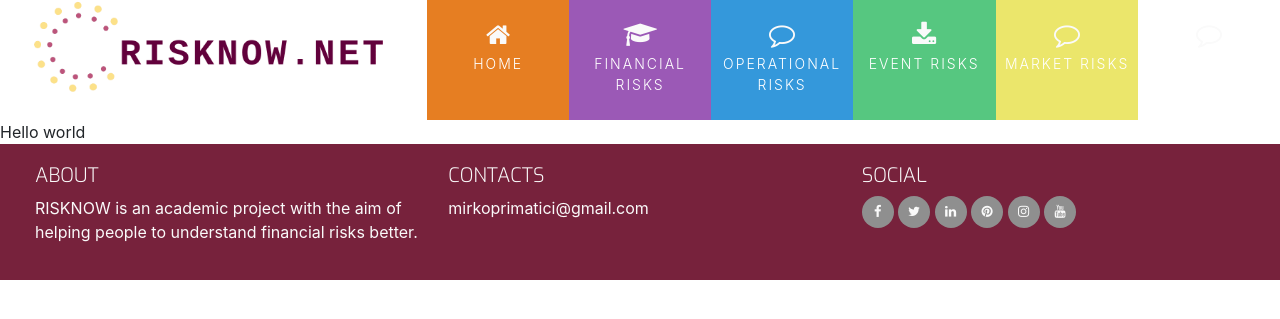
Repository: mirkoprimaticix/risknow.net
Page: index.html
The author's editor kept a record of every edit. The page is drawn from the files as they stood at one moment, then again after the next edit.
The browser window is 1280 px wide. The pictures show the whole page.
Some web libraries are served in a nearby version.

Above is the page before.
Console error: TypeError: Cannot read properties of undefined (reading 'fn')

### index.html
<!DOCTYPE html>
<html lang="en">
<head>
    <meta charset="UTF-8">
    <meta name="viewport" content="width=device-width, initial-scale=1.0">
    <meta http-equiv="X-UA-Compatible" content="ie=edge">
    <link rel="stylesheet" href="https://stackpath.bootstrapcdn.com/bootstrap/4.3.1/css/bootstrap.min.css" integrity="sha384-ggOyR0iXCbMQv3Xipma34MD+dH/1fQ784/j6cY/iJTQUOhcWr7x9JvoRxT2MZw1T" crossorigin="anonymous">
    <script src="https://stackpath.bootstrapcdn.com/bootstrap/4.3.1/js/bootstrap.min.js" integrity="sha384-JjSmVgyd0p3pXB1rRibZUAYoIIy6OrQ6VrjIEaFf/nJGzIxFDsf4x0xIM+B07jRM" crossorigin="anonymous"></script>
    <link rel="stylesheet" href="https://stackpath.bootstrapcdn.com/font-awesome/4.7.0/css/font-awesome.min.css" type="text/css" />
    <link rel="stylesheet" href="https://cdnjs.cloudflare.com/ajax/libs/hover.css/2.1.1/css/hover-min.css" type="text/css" />
    <link rel="stylesheet" href="assets/css/style.css" type="text/css" />
    <title>RISKNOW</title>
</head>
<body>
    <header>
        <div class = "row no-gutters">
            <a href="index.html" class = "col-md-4 logo">

            </a>
            <div class="col-md-8">
                <div class="row no-gutters">
                    <div class="col">
                        <ul id="nav" class="list-inline menucontainer">
                            <li class="col-6 col-sm-2 list-inline-item ui-menu-color-home menuitem">
                                <a href="index.html" class="hvr-sweep-to-bottom"><i class="fa fa-home" aria-hidden="true"></i><span>Home</span></a>
                            </li>
                            <li class="col-6 col-sm-2 list-inline-item ui-menu-color-fr menuitem">
                                <a href="resume.html" class="hvr-sweep-to-bottom"><i class="fa fa-graduation-cap" aria-hidden="true"></i><span>Financial Risks</span></a>
                            </li>
                            <li class="col-6 col-sm-2 list-inline-item ui-menu-color-or menuitem">
                                <a href="contact.html" class="hvr-sweep-to-bottom"><i class="fa fa-comment-o" aria-hidden="true"></i><span>Operational Risks</span></a>
                            </li>
                            <li class="col-6 col-sm-2 list-inline-item ui-menu-color-er menuitem">
                                <a href="assets/cv/cv-mirko.pdf" target="_blank" class="hvr-sweep-to-bottom"><i class="fa fa-download" aria-hidden="true"></i><span>Event Risks</span></a>
                            </li>
                            <li class="col-6 col-sm-2 list-inline-item ui-menu-color-mr menuitem">
                                <a href="contact.html" class="hvr-sweep-to-bottom"><i class="fa fa-comment-o" aria-hidden="true"></i><span>Market Risks</span></a>
                            </li>
                            <li class="col-6 col-sm-2 list-inline-item ui-menu-color-contact menuitem">
                                <a href="contact.html" class="hvr-sweep-to-bottom"><i class="fa fa-comment-o" aria-hidden="true"></i><span>Risk Tolerance</span></a>
                            </li>
                        </ul>
                    </div>
                </div>
            </div>
        </div>
    </header>

    <section>
        Hello world
    </section>



    <footer class="container-fluid">
        <div id="footer-details" class="row">
            <div class="col-sm-4">
                <h5 class="uppercase general-sub">About</h5>
                <p class="inline-block">
                    RISKNOW is an academic project with the aim of helping people to understand financial risks better.
                </p>
            </div>
            <div class="col-sm-4">
                <h5 class="uppercase general-sub">Contacts</h5>
                <p class="inline-block">
                    mirkoprimatici@gmail.com
                </p>
            </div>
            <div class="col-sm-4">
                <h5 class="uppercase general-sub">Social</h5>
                <ul class="list-inline social-links">
                    <li class="list-inline-item">
                        <a target="_blank" href="#">
                            <i class="fa fa-facebook" aria-hidden="true"></i>
                            <span class="sr-only">Facebook</span>
                        </a>
                    </li>
                    <li class="list-inline-item">
                        <a target="_blank" href="#">
                            <i class="fa fa-twitter" aria-hidden="true"></i>
                            <span class="sr-only">Twitter</span>
                        </a>
                    </li>
                    <li class="list-inline-item">
                        <a target="_blank" href="#">
                            <i class="fa fa-linkedin" aria-hidden="true"></i>
                            <span class="sr-only">LinkedIn</span>
                        </a>
                    </li>
                    <li class="list-inline-item">
                        <a target="_blank" href="#">
                            <i class="fa fa-pinterest" aria-hidden="true"></i>
                            <span class="sr-only">Pinterest</span>
                        </a>
                    </li>
                    <li class="list-inline-item">
                        <a target="_blank" href="#">
                            <i class="fa fa-instagram" aria-hidden="true"></i>
                            <span class="sr-only">Instagram</span>
                        </a>
                    </li>
                    <li class="list-inline-item">
                        <a target="_blank" href="#">
                            <i class="fa fa-youtube" aria-hidden="true"></i>
                            <span class="sr-only">YouTube</span>
                        </a>
                    </li>
                </ul>
            </div>
        </div>
    </footer>
</body>
</html>

### assets/css/style.css
@import url('https://fonts.googleapis.com/css?family=Roboto:100,200,300,400,500,600,700|Exo:100,200,300,400,500,600,700');

/*--------------------------------------------Colors*/

.bg-color-name-title {
    background-color: #676767;
}

.bg-color-three-reasons {
    background-color: #fff;
}

.bg-color-personal-info {
    background-color: #f4f4f4;
}

.bg-color-work-history {
    background-color: #9b59b6;
}

.bg-color-contact {
    background-color: #fff;
}

.ui-menu-color-home {
    background-color: #e67e22;
}

.ui-menu-color-fr {
    background-color: #9b59b6;
}

.ui-menu-color-or {
    background-color: #3498db;
}

.ui-menu-color-er {
    background-color: #56C780;
}

.ui-menu-color-mr {
    background-color: #EBE66B;
}

.ui-menu-color-rt {
    background-color: #525252;
}

.row-table {
    display: table;
}

.section-column {
    display: table-cell;
    padding: 0 30px 30px;
    float: none;
}

.section-heading {
    font-family: "Exo", sans-serif;
    font-weight: 300;
    margin-top: 25px;
    margin-bottom: 40px;
}

/* ----------------------------------------Special paddings/margins/text */

h1,
h2,
h3,
h4 {
    margin: 0;
}

.uppercase {
    text-transform: uppercase;
}

.general-sub {
    font-family: "Exo", sans-serif;
    font-weight: 300;
    color: #fafafa;
}

.inline-block {
    display: inline-block;
}

.row-table {
    display: table;
}

.section-column {
    display: table-cell;
    padding: 0 30px 30px;
    float: none;
}

.history-heading,
.section-heading {
    font-family: "Exo", sans-serif;
    font-weight: 300;
    margin-top: 25px;
    margin-bottom: 40px;
}

/*--------------------------------------------Heading*/

header {
    margin: 0;
}

.heading {
    margin-left: 50px;
}


.logo {
    background: url("../images/logo.png");
    background-position: center;
    background-repeat: no-repeat;
    background-size: cover;
    min-height: 120px;
    transition: all .5s ease-in-out;
    -moz-transition: all .5s ease-in-out;
    -webkit-transition: all .5s ease-in-out;
}

.name {
    font-family: "Exo", sans-serif;
    font-weight: 100;
    font-size: 46px;
    margin-top: 50px;
    color: #fff;
}

.title {
    font-family: "Roboto", sans-serif;
    font-weight: 200;
    font-size: 28px;
    margin-top: 20px;
    margin-bottom: 90px;
    color: #fff;
}

.list-inline-item:not(:last-child) {
    margin: 0;
}

.menucontainer {
    font-size: 0;
}

#nav li {
    font-size: 14px;
    padding: 0;
}

#nav {
    margin: 0;
}

.menuitem {
    height: 120px;
    text-align: center;
    padding: 0;
}

.menuitem a {
    width: 100%;
    text-decoration: none;
    color: #fff;
    height: 120px;
}

.menuitem a i {
    padding-top: 22px;
    display: block;
    color: #fafafa;
    font-size: 26px;
}

.menuitem span {
    display: block;
    width: 100%;
    padding-top: 5px;
    text-align: center;
    text-transform: uppercase;
    font-size: 14px;
    font-weight: 300;
    letter-spacing: 2px;
}

/*--------------------------------------------Hover.css*/

.hvr-sweep-to-bottom:before {
    background: rgba(0, 0, 0, 0.2);
    height: 120px;
}

/* ----------------------------------------Footer */

footer {
    background-color: #77223C;
    color: #fafafa;
    min-height: 120px;
    margin: 0;
}

.social-links {
    padding-bottom: 15px;
}

.social-links li a i {
    width: 32px;
    height: 32px;
    padding: 12px 0;
    border-radius: 50%;
    font-size: 13px;
    line-height: 7px;
    text-align: center;
    color: #fafafa;
    background: #8f8f8f;
    transition: all 0.35s ease-in-out;
    -moz-transition: all 0.35s ease-in-out;
    -webkit-transition: all 0.35s ease-in-out;
    -o-transition: all 0.35s ease-in-out;
}

.social-links li a i:hover {
    background: #A4FFFA;
}

#footer-details {
    padding: 20px;
}

/* ----------------------------------------Three Reasons */

.three-reasons-icon {
    font-size: 26px;
    color: #e67e22;
}

.three-reasons-heading {
    margin-bottom: 15px;
}

/* ----------------------------------------Personal Info */

.personal-info-item {
    margin-bottom: 20px;
    display: block;
    clear: both;
}

.personal-info-item .key,
.personal-info-item .value {
    padding-right: 8px;
    display: inline-block;
}

.personal-info-item .key p,
.personal-info-item .value p {
    margin: 0;
}

.personal-info-item .key {
    width: 30%;
    margin-right: 21px;
    padding-top: 2px;
    vertical-align: top;
}

.personal-info-item .key p {
    font-weight: 700;
}

.personal-info-item .value {
    position: relative;
    width: 60%;
}

/* ----------------------------------------Skills */

.progress {
    position: relative;
    height: 25px;
    margin-bottom: 4px;
}

.progress-type {
    position: absolute;
    left: 0px;
    font-weight: 400;
    padding: 3px 30px 2px 10px;
    color: #fafafa;
    background-color: rgba(25, 25, 25, 0.2);
}

.progress-section {
    margin: 40px 20px;
}

/* ----------------------------------------Work History */

.history-heading {
    color: #fafafa;
    margin-bottom: 50px;
}

.timeline-item {
    padding: 4em 2em 0em 2em;
    position: relative;
    color: #fafafa;
    border-left: 1px solid;
}

.timeline-item p {
    padding: 0;
    margin: 0;
}

.timeline-item:before {
    content: attr(data-dates);
    position: absolute;
    left: 2.5em;
    top: 3em;
    display: block;
    font-family: "Exo", sans-serif;
    font-weight: 500;
    font-size: 0.8em;
    padding: 0;
    margin: 0;
}

.timeline-item:after {
    width: 12px;
    height: 12px;
    display: block;
    top: 2.4em;
    position: absolute;
    left: -6px;
    border-radius: 12px;
    content: '';
    background: #fafafa;
}

.history-items {
    margin-bottom: 30px;
}

/* ----------------------------------------Contact Form */

.contact-heading {
    font-family: "Exo", sans-serif;
    font-weight: 300;
    margin-top: 25px;
    margin-bottom: 20px;
}

.center-form {
    padding-top: 10px;
    margin: 0 auto;
    max-width: 70%;
}

button[type="submit"] {
    margin-top: 15px;
    margin-bottom: 20px;
    color: #fafafa;
    background-color: #e84610;
}

/* ----------------------------------------Media Queries */

@media(min-width: 992px) {
    .center-form {
        padding-top: 30px;
        min-height: 240px;
        margin: 0 auto;
        max-width: 50%;
    }
}

After the next edit:
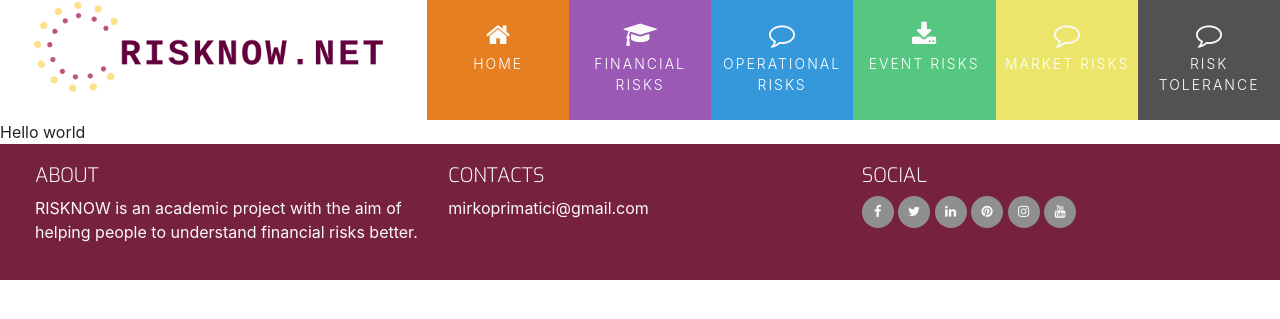
The edit:
--- a/index.html
+++ b/index.html
@@ -36,7 +36,7 @@
                             <li class="col-6 col-sm-2 list-inline-item ui-menu-color-mr menuitem">
                                 <a href="contact.html" class="hvr-sweep-to-bottom"><i class="fa fa-comment-o" aria-hidden="true"></i><span>Market Risks</span></a>
                             </li>
-                            <li class="col-6 col-sm-2 list-inline-item ui-menu-color-contact menuitem">
+                            <li class="col-6 col-sm-2 list-inline-item ui-menu-color-rt menuitem">
                                 <a href="contact.html" class="hvr-sweep-to-bottom"><i class="fa fa-comment-o" aria-hidden="true"></i><span>Risk Tolerance</span></a>
                             </li>
                         </ul>
